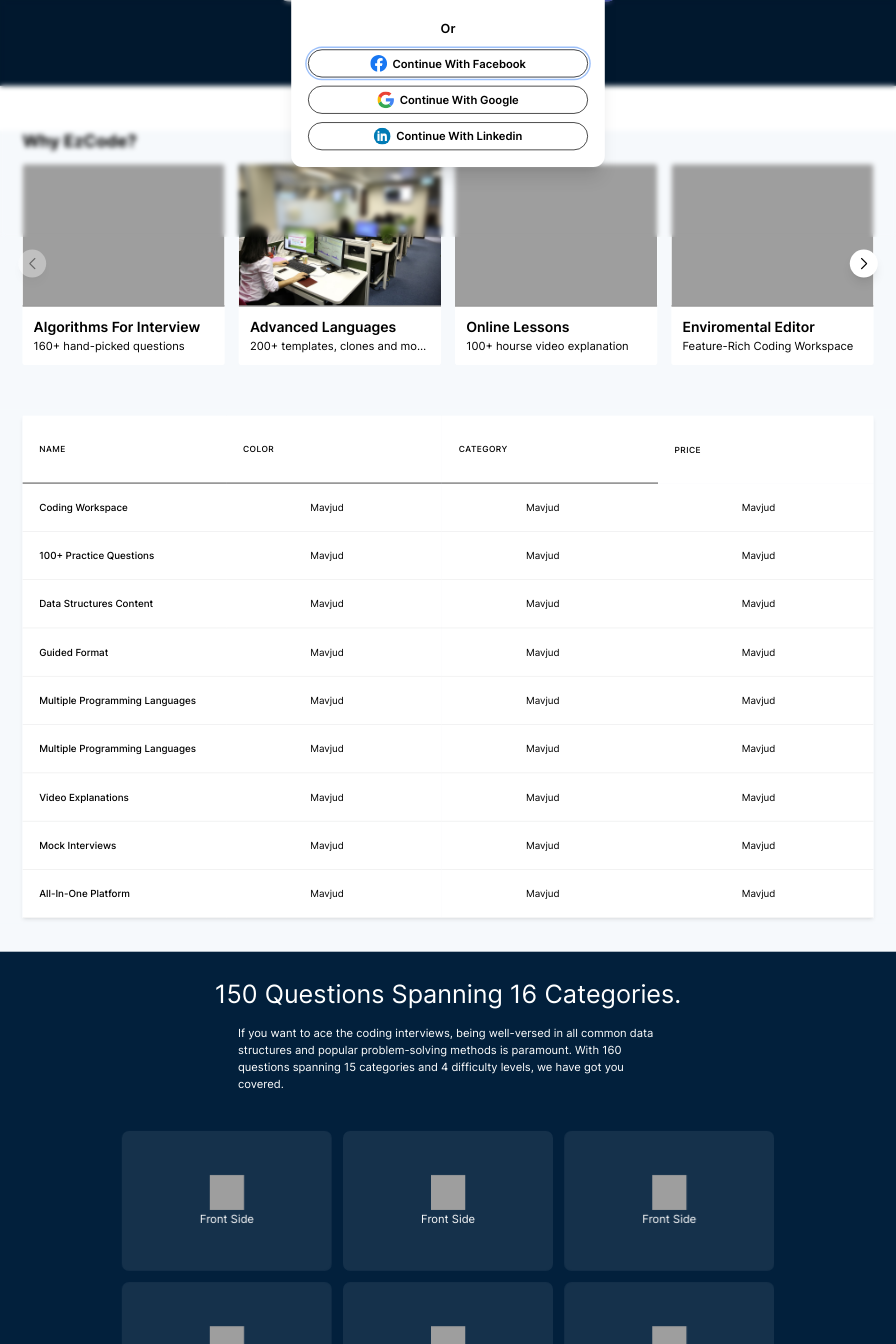
Repository: om1ars/Xjkey
Page: /
The author's editor kept a copy of each file at every save. The page is drawn from the files as they stood at one save, then again after a run of saves.
The browser window is 1280 px wide. The pictures show the part of the page from y = 381 to 2301 px (the page is 3997 px tall), at 70% of full size.
Pictures or frames that could not be fetched are drawn as grey boxes. The project was rebuilt for these pictures with package versions that can differ from the ones it lists, and the page was loaded fresh each time. The framework's server and built-in components were replaced by stand-ins that run in the browser. Also part of the build but not shown: next.config.js.

Above is the page before, as saved 2022-03-19 19:33:40.

After the next 2 saves:
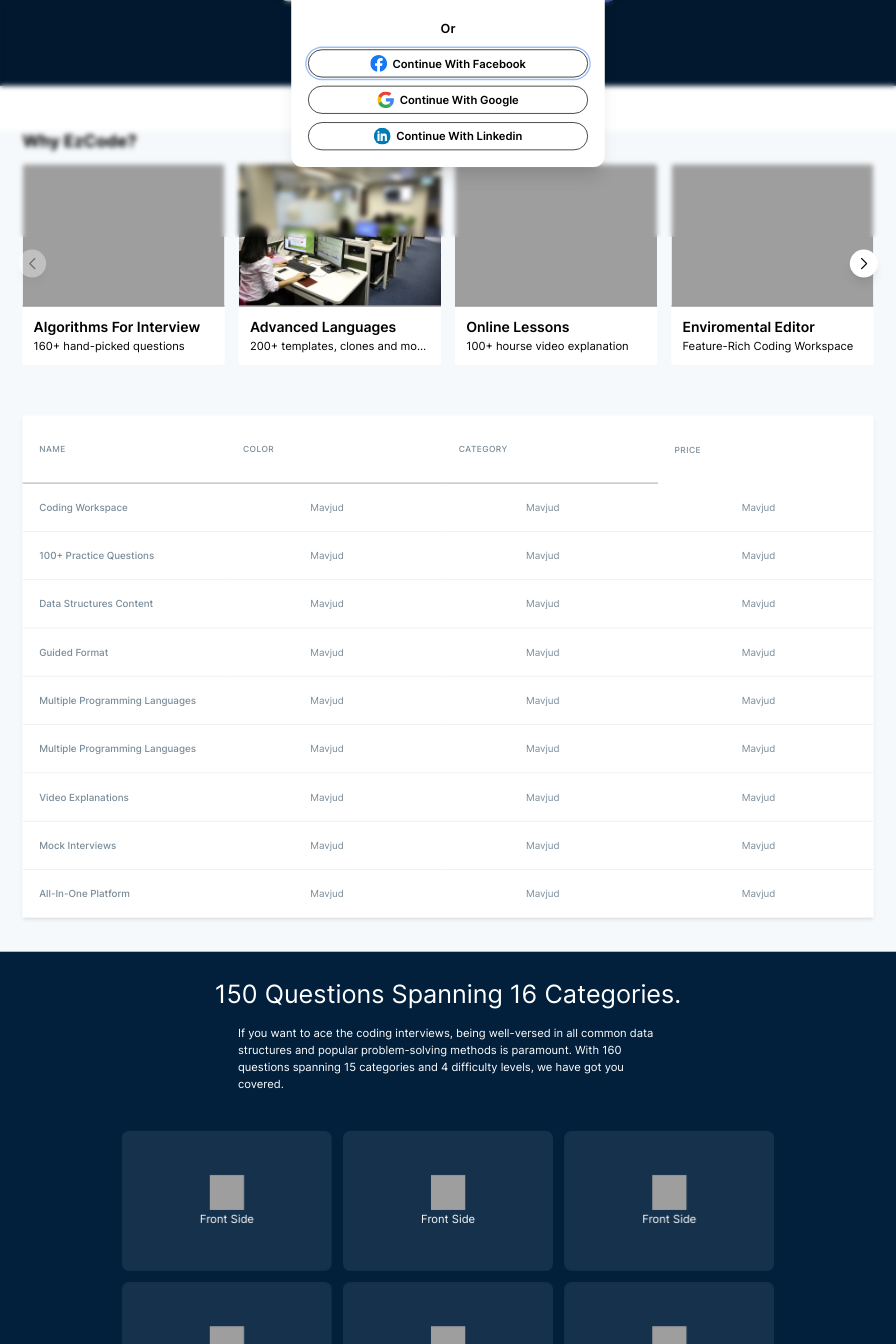
The 2 saves are shown as one change because they came seconds apart.
The last was saved 39 s later.
--- a/src/components/HomeComponents/CompareTable.tsx
+++ b/src/components/HomeComponents/CompareTable.tsx
@@ -8,7 +8,7 @@ export default function CompareTable() {
         <div className="overflow-x-auto sm:-mx-6 lg:-mx-8">
           <div className="inline-block min-w-full py-2 sm:px-6 lg:px-8">
             <div className="overflow-hidden shadow-md ">
-              <table className="min-w-full">
+              <table className="min-w-full text-text">
                 <thead className="bg-white  ">
                   <tr className="">
                     <th
